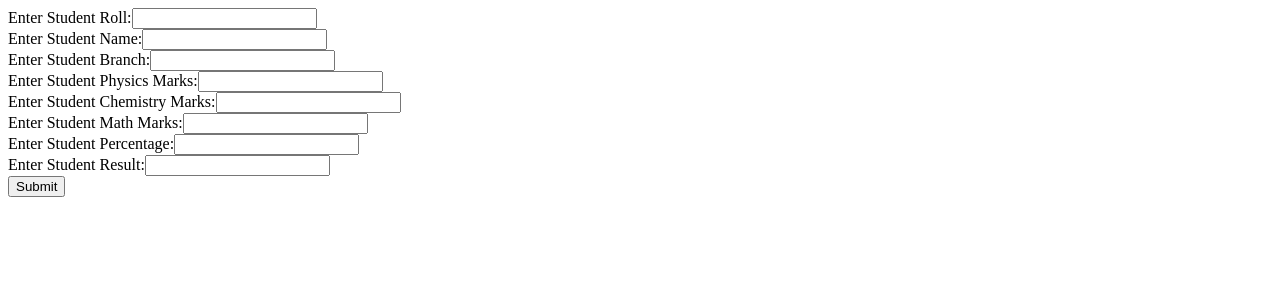
Repository: sudeepnagar/Advanced71
Page: App_servlet_3_JSP_Assignment2/src/main/webapp/student.html
These files come from the project's save history. The page is drawn as it stood at one moment and after the next save; the edit follows.
The browser window is 1280 px wide. The pictures show the whole page.

Above is the page before, as saved 2025-03-05 09:36:34.

### App_servlet_3_JSP_Assignment2/src/main/webapp/student.html
<!DOCTYPE html>
<html>
<head>
<meta charset="UTF-8">
<title>Insert title here</title>
</head>
<body>
<form action="dis" method="post">

 Enter Student Roll:<input type="text" name="sroll"><br>
 Enter Student Name:<input type="text" name="sname"><br>
 Enter Student Branch:<input type="text" name="sbranch"><br>
 Enter Student Physics Marks:<input type="text" name="sphmarks"><br>
 Enter Student Chemistry Marks:<input type="text" name="schmarks"><br>
 Enter Student Math Marks:<input type="text" name="smmarks"><br>

 Enter Student Percentage:<input type="text" name="sper"><br>
 Enter Student Result:<input type="text" name="sres"><br>
<input type="Submit" name="Display">

</form>
</body>
</html>

After the next save:
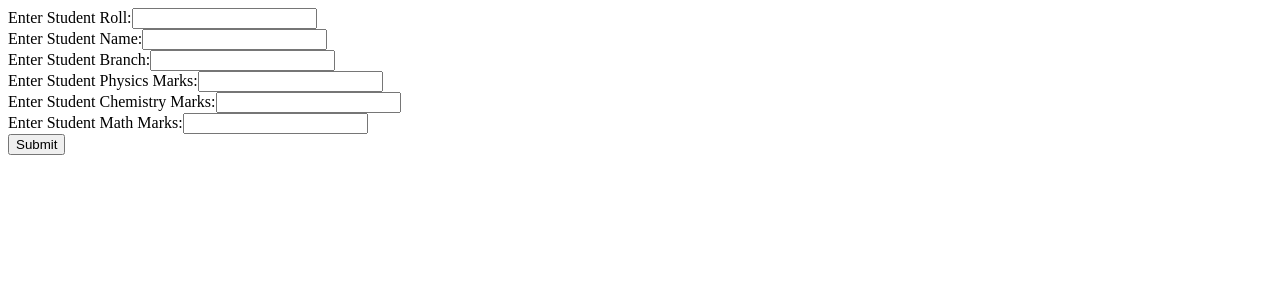
Saved 39 s later.
--- a/App_servlet_3_JSP_Assignment2/src/main/webapp/student.html
+++ b/App_servlet_3_JSP_Assignment2/src/main/webapp/student.html
@@ -14,8 +14,6 @@
  Enter Student Chemistry Marks:<input type="text" name="schmarks"><br>
  Enter Student Math Marks:<input type="text" name="smmarks"><br>
 
- Enter Student Percentage:<input type="text" name="sper"><br>
- Enter Student Result:<input type="text" name="sres"><br>
 <input type="Submit" name="Display">
 
 </form>
